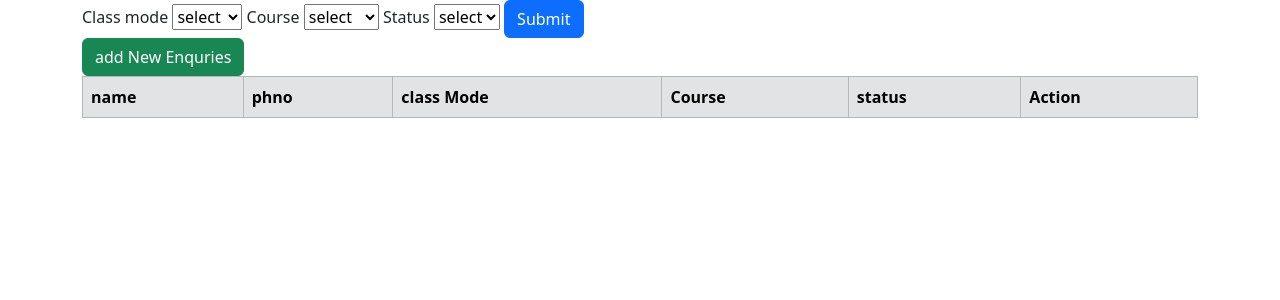
Repository: SaiKumarMupparapu/mini_projects
Page: http://localhost/list
These files come from the project's save history. The page is drawn as it stood at one moment and after the next save; the edit follows.
The browser window is 1280 px wide. The pictures show the whole page.
The page is this project's Thymeleaf template; nobody is signed in. The template is opened directly, without the code that normally fills it, so the values that code supplies are empty.

Above is the page before, as saved 2024-04-02 05:17:56.

### Counsellors_portal/src/main/resources/templates/list.html
<!doctype html>
<html lang="en">

<head>
	<meta charset="utf-8">
	<meta name="viewport" content="width=device-width, initial-scale=1">
	<title>Enquiry List </title>
	<link href="https://cdn.jsdelivr.net/npm/bootstrap@5.3.3/dist/css/bootstrap.min.css" rel="stylesheet"
		integrity="sha384-QWTKZyjpPEjISv5WaRU9OFeRpok6YctnYmDr5pNlyT2bRjXh0JMhjY6hW+ALEwIH" crossorigin="anonymous">
</head>

<body>
	<div class="container">
		<form th:action="@{/filter}" method="get">
			<label for="classMode">Class mode</label>
			<select name="classMode" id="classMode">
				<option value="">select</option>
				<option value="online">online</option>
				<option value="offline">offline</option> <!-- Corrected "ofline" to "offline" -->
			</select>

			<label for="course">Course</label>
			<select name="course" id="course">
				<option value="">select</option>
				<option value="java">java</option>
				<option value="python">python</option>
				<option value="php">php</option>
			</select>

			<label for="status">Status</label>
			<select name="status" id="status">
				<option value="">select</option>
				<option value="new">new</option>
				<option value="old">old</option>
				<option value="lost">lost</option>
			</select>

			<input type="submit" class="btn btn-primary">
		</form>

	</div>
	<div class="container">
		<a href="/enquiry" class="btn btn-success">add New Enquries</a>
		<table class="table table-bordered table-secondary table-hover">
			<thead>
				<tr>
					<th>name</th>
					<th>phno</th>
					<th>class Mode</th>
					<th>Course</th>
					<th>status</th>
					<th>Action</th>
				</tr>
			</thead>
			<tbody>
				<tr th:each="item:${list}">
					<td th:text="${item.name}"></td>
					<td th:text="${item.phno}"></td>
					<td th:text="${item.classMode}"></td>
					<td th:text="${item.course}"></td>
					<td th:text="${item.status}"></td>
					<td>
						<a href="/edit/id" th:href="@{/edit/{id}(id=${item.eId})}" class="btn btn-primary">edit</a>
					</td>
				</tr>
			</tbody>
		</table>
	</div>
	<script src="https://cdn.jsdelivr.net/npm/bootstrap@5.3.3/dist/js/bootstrap.bundle.min.js"
		integrity="sha384-YvpcrYf0tY3lHB60NNkmXc5s9fDVZLESaAA55NDzOxhy9GkcIdslK1eN7N6jIeHz"
		crossorigin="anonymous"></script>
</body>

</html>

After the next save:
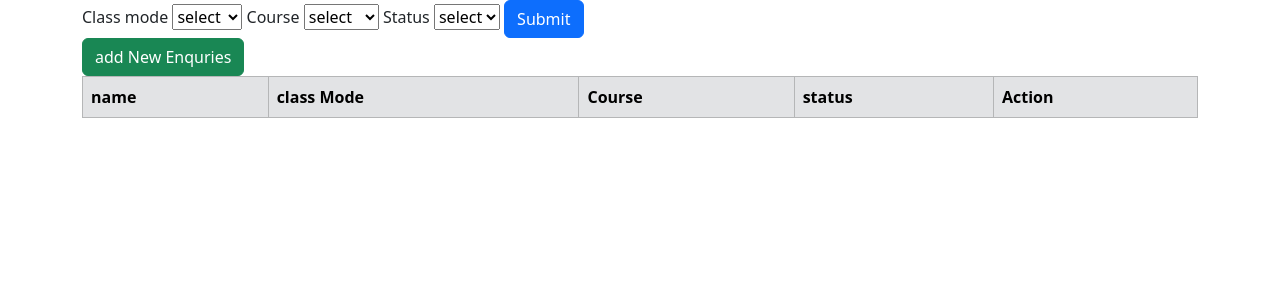
Saved 9 min 51 s later.
--- a/Counsellors_portal/src/main/resources/templates/list.html
+++ b/Counsellors_portal/src/main/resources/templates/list.html
@@ -45,7 +45,7 @@
 			<thead>
 				<tr>
 					<th>name</th>
-					<th>phno</th>
+
 					<th>class Mode</th>
 					<th>Course</th>
 					<th>status</th>
